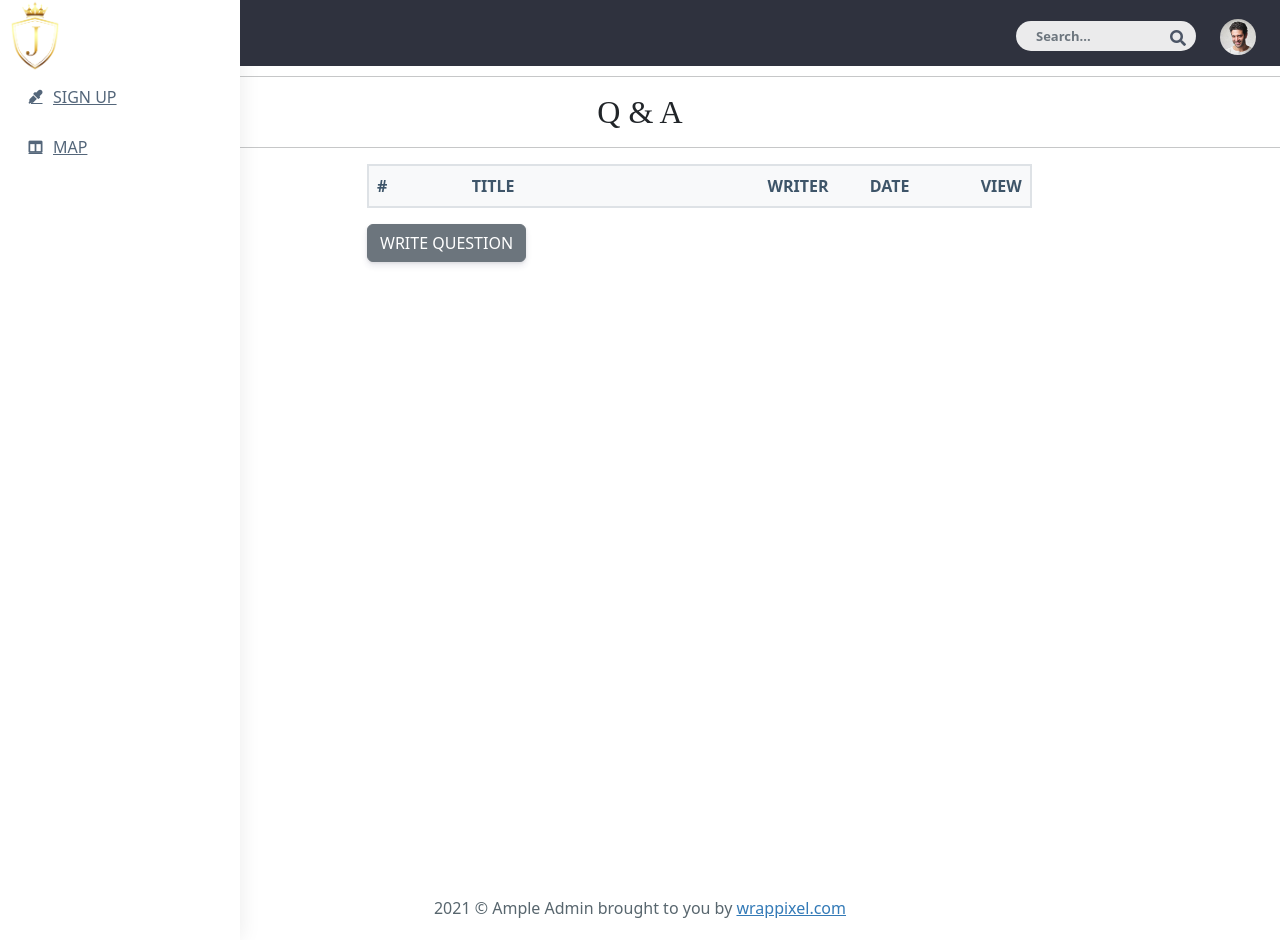
Repository: chopilyeon/HanaOpenBanking
Page: http://localhost/OpenBanking/jsp/board/boardList.jsp
The author's editor kept a copy of each file at every save. The page is drawn from the files as they stood at one save, then again after the next save.
The browser window is 1280 px wide. The pictures show the whole page.
Some web fonts or font styles are not loaded; a fallback is used. The page is served by Tomcat 9.

Above is the page before, as saved 2022-07-27 14:26:00.
Console error: TypeError: Cannot read properties of null (reading 'querySelector')

After the next save:
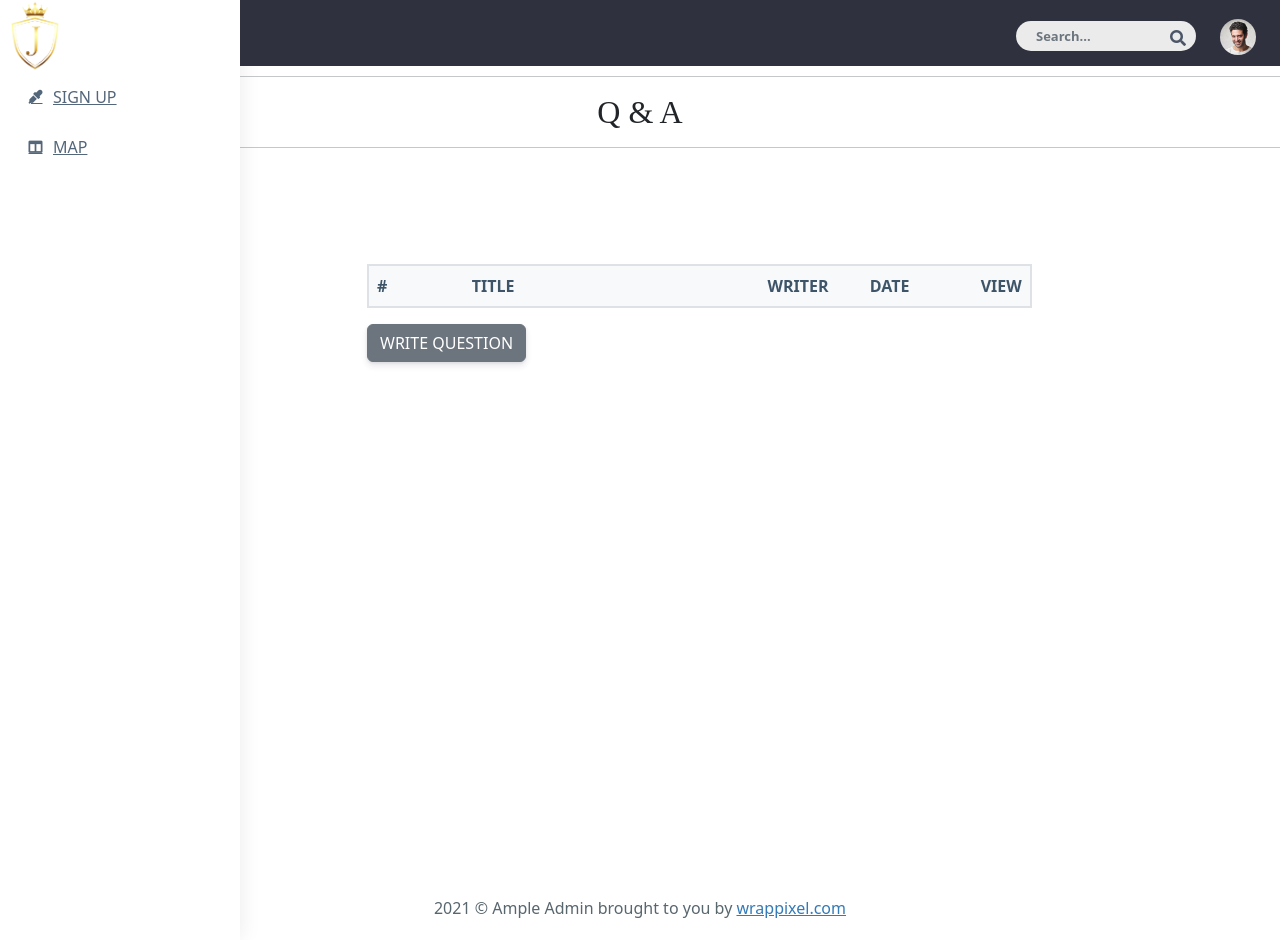
Saved 49 s later.
--- a/OpenBanking/src/main/webapp/jsp/board/boardList.jsp
+++ b/OpenBanking/src/main/webapp/jsp/board/boardList.jsp
@@ -71,6 +71,7 @@
 	<hr>
 		<h2 class="text-center">Q & A </h2>
 	<hr>
+	<img src="/OpenBanking/resources/images/bank.png" width="100" alt="homepage" />
 	<c:if test="${userVO.type eq 'U' }">
 		<button type="button" class="btn btn-secondary" onclick="location.href='${pageContext.request.contextPath}/board/writeForm.do';">WRITE QUESTION</button>
 	</c:if>
